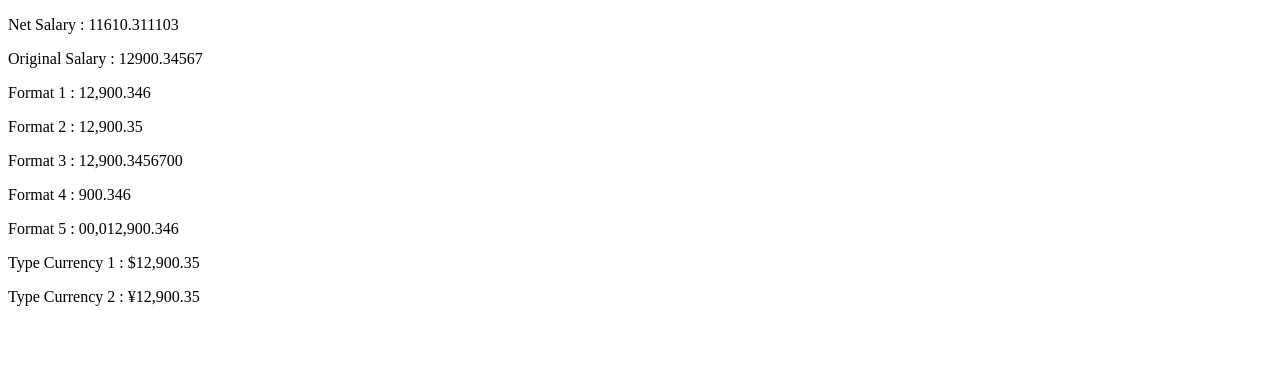
Repository: ZawMinKhantOrLeon/JavaEEWS
Page: http://localhost/jsp_servlet/jstl-fmt-number.jsp
These files come from the project's save history. The page is drawn as it stood at one moment and after the next save; the edit follows.
The browser window is 1280 px wide. The pictures show the whole page.
The page is served by Tomcat 10. Other server files are loaded and not shown.

Above is the page before, as saved 2024-02-21 05:09:32.

### jsp_servlet/src/main/webapp/jstl-fmt-number.jsp
<%@ page language="java" contentType="text/html; charset=ISO-8859-1"
    pageEncoding="ISO-8859-1"%>
 <%@ taglib uri="jakarta.tags.core" prefix="c" %>
 <%@ taglib uri="jakarta.tags.fmt" prefix="fmt" %>

<!DOCTYPE html>
<html>
<head>
<meta charset="ISO-8859-1">
<title>Jstl Fmt Number</title>
</head>
<body>
	<%
		String salary = "12900.34567";
		pageContext.setAttribute("salary", salary);
	%>

	<fmt:parseNumber var="pharsedValue" value="${salary }"></fmt:parseNumber>
	<p> Net Salary : ${ pharsedValue * 0.9 } </p>
    <p> Original  Salary : ${ salary } </p>
    <p> Format 1 : <fmt:formatNumber value="${pharsedValue }" groupingUsed="true"></fmt:formatNumber> </p>
    <p> Format 2 : <fmt:formatNumber value="${pharsedValue }" maxFractionDigits="2"></fmt:formatNumber> </p>
    <p> Format 3 : <fmt:formatNumber value="${pharsedValue }" minFractionDigits="7"></fmt:formatNumber> </p>
    <p> Format 4 : <fmt:formatNumber value="${pharsedValue }" maxIntegerDigits="3"></fmt:formatNumber> </p>
    <p> Format 5 : <fmt:formatNumber value="${pharsedValue }" minIntegerDigits="8"></fmt:formatNumber> </p>
    <p> Type Currency 1 : <fmt:formatNumber value="${pharsedValue }" type="currency" /> </p>
    <p> Type Currency 2 : <fmt:formatNumber value="${pharsedValue }" type="currency" currencyCode="JPY"></fmt:formatNumber> </p>


</body>
</html>

After the next save:
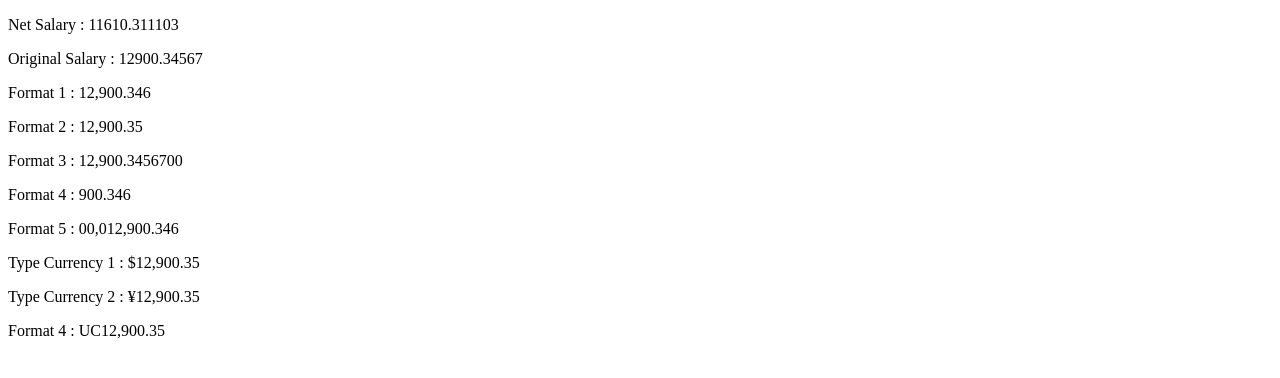
Saved 56 s later.
--- a/jsp_servlet/src/main/webapp/jstl-fmt-number.jsp
+++ b/jsp_servlet/src/main/webapp/jstl-fmt-number.jsp
@@ -25,7 +25,7 @@
     <p> Format 5 : <fmt:formatNumber value="${pharsedValue }" minIntegerDigits="8"></fmt:formatNumber> </p>
     <p> Type Currency 1 : <fmt:formatNumber value="${pharsedValue }" type="currency" /> </p>
     <p> Type Currency 2 : <fmt:formatNumber value="${pharsedValue }" type="currency" currencyCode="JPY"></fmt:formatNumber> </p>
-
+    <p> Format 4 : <fmt:formatNumber value="${pharsedValue }"  type="currency" currencySymbol="UC"></fmt:formatNumber> </p>
 
 </body>
 </html>
